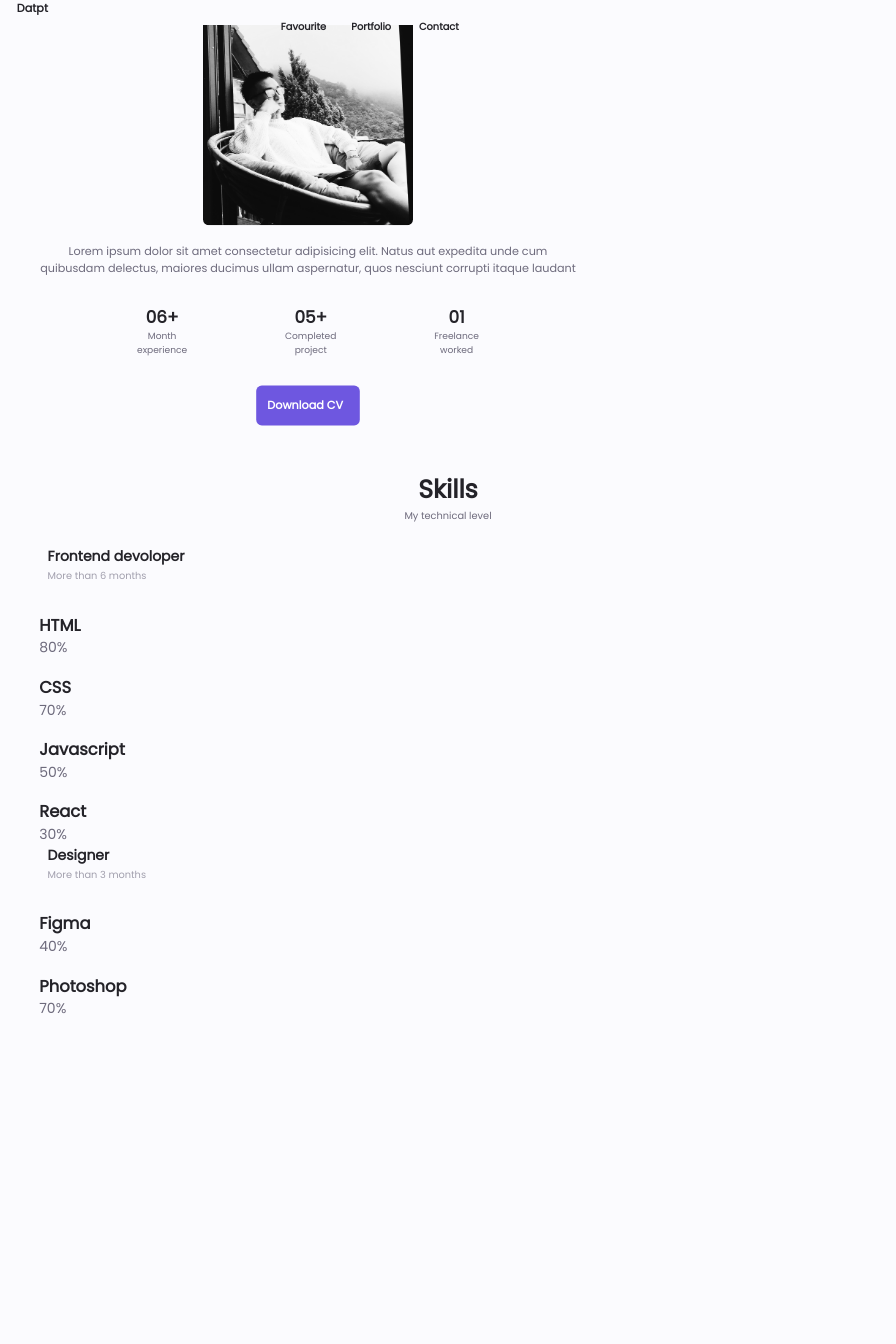
Repository: Datt21/portfolio
Page: index.html
An editor plug-in stored every save of this project. The page is shown before and after the next save, followed by the edit.
The browser window is 1280 px wide. The pictures show the part of the page from y = 684 to 2604 px (the page is 2604 px tall before and 2543 px after), at 70% of full size.
Some icons come from a web library that is not loaded, so they are not drawn.

Above is the page before, as saved 2021-07-10 17:14:19.

### index.html
<!DOCTYPE html>
<html lang="en">
<head>
    <meta charset="UTF-8">
    <meta http-equiv="X-UA-Compatible" content="IE=edge">
    <meta name="viewport" content="width=device-width, initial-scale=1.0">
    <!--============= ICONS ================  -->
    <link rel="stylesheet" href="https://unicons.iconscout.com/release/v4.0.0/css/line.css">

    <!-- ============= SWIPER CSS =============== -->
    <link rel="stylesheet" href="">

    <!-- =============== CSS ========================= -->
    <link rel="stylesheet" href="./Css/style.css">

    <title>Portfolio</title>
</head>
<body>
    <!--============================ HEADER ============================ -->
    <header class="header" id="header">
        <nav class="nav container">
            <a href="#" class="nav__logo">Datpt</a>

            <div class="nav__menu" id="nav-menu">
                <ul class="nav__list grid">
                    <li class="nav__item">
                        <a href="#home" class="nav__link">
                            <i class="uil uil-estate nav__icon"></i>Home
                        </a>
                    </li>
                    <li class="nav__item">
                        <a href="#about" class="nav__link">
                            <i class="uil uil-user nav__icon"></i>About
                        </a>
                    </li>
                    <li class="nav__item">
                        <a href="#skills" class="nav__link">
                            <i class="uil uil-file-alt nav__icon"></i>Skills
                        </a>
                    </li>
                    <li class="nav__item">
                        <a href="#fovourite" class="nav__link">
                            <i class="uil uil-books nav__icon"></i>Favourite
                        </a>
                    </li>
                    <li class="nav__item">
                        <a href="#portfolio" class="nav__link">
                            <i class="uil uil-scenery nav__icon"></i>Portfolio
                        </a>
                    </li>
                    <li class="nav__item">
                        <a href="#contact" class="nav__link">
                            <i class="uil uil-message nav__icon"></i>Contact
                        </a>
                    </li>
                </ul>
                <i class="uil uil-times nav__close" id="nav-close"></i>
            </div>

            <div class="nav__btns">
                <div class="nav__toggle" id="nav-toggle">
                    <i class="uil uil-apps"></i>
                </div>
            </div>
        </nav>
    </header>

     <!--==================== MAIN ====================-->
     <main class="main">
        <!--==================== HOME ====================-->
        <section class="home section" id="home">
            <div class="home__container container grid">
                <div class="home__content grid">
                    <div class="home__social">
                        <a href="https://www.facebook.com/profile.php?id=100043830603950" target="_blank" class="home__social-icon">
                            <i class="uil uil-facebook"></i>
                        </a>
                        <a href="https://t.me/datpt21" target="_blank" class="home__social-icon">
                            <i class="uil uil-telegram-alt"></i>
                        </a>
                        <a href="https://github.com/Datt21" target="_blank" class="home__social-icon">
                            <i class="uil uil-github-alt"></i>
                        </a>
                    </div>

                    <div class="home__img">
                        <svg class="home__blob" viewBox="0 0 200 187" xmlns="http://www.w3.org/2000/svg" xmlns:xlink="http://www.w3.org/1999/xlink">
                            <mask id="mask0" mask-type="alpha">
                                <path d="M190.312 36.4879C206.582 62.1187 201.309 102.826 182.328 134.186C163.346 165.547
                                130.807 187.559 100.226 186.353C69.6454 185.297 41.0228 161.023 21.7403 129.362C2.45775
                                97.8511 -7.48481 59.1033 6.67581 34.5279C20.9871 10.1032 59.7028 -0.149132 97.9666
                                0.00163737C136.23 0.303176 174.193 10.857 190.312 36.4879Z"/>
                            </mask>
                            <g mask="url(#mask0)">
                                <path d="M190.312 36.4879C206.582 62.1187 201.309 102.826 182.328 134.186C163.346
                                165.547 130.807 187.559 100.226 186.353C69.6454 185.297 41.0228 161.023 21.7403
                                129.362C2.45775 97.8511 -7.48481 59.1033 6.67581 34.5279C20.9871 10.1032 59.7028
                                -0.149132 97.9666 0.00163737C136.23 0.303176 174.193 10.857 190.312 36.4879Z"/>

                                <image class="home_blob-img" x='12' y='18 'xlink:href="./images/me.png"/>
                            </g>
                        </svg>

                    </div>

                    <div class="home__data">
                        <h1 class="home__title">Hi, I'am Dat</h1>
                        <h3 class="home_subtitle">Frontend developer</h3>
                        <p class="home_description">Lorem, ipsum dolor sit amet consectetur adipisicing elit.
                            Voluptates earum, ab place</p>
                        <a href="#contact" class="button button--flex">
                            Contact Me<i class="uil uil-message button__icon"></i>
                        </a>
                    </div>
                </div>

                <div class="home_scroll">
                    <a href="#about" class="home__scroll-button button--flex">
                        <i class="uil uil-mouse-alt-2 home__scroll-mouse"></i>
                        <span class="home__scroll-name">Scroll down</span>
                        <i class="uil uil-arrow-down home__scroll-arrow"></i>
                    </a>
                </div>
            </div>
        </section>

        <!--==================== ABOUT ====================-->
        <section class="about section" id="about">
            <h2 class="section__title">About me</h2>
            <span class="section__subtitle">My introduction</span>

            <div class="about__container container grid">
                <img src="./images/me2.jpg" alt="" class="about__img">

                <div class="about-data">
                    <p class="about-decription">Lorem ipsum dolor sit amet consectetur adipisicing elit.
                        Natus aut expedita unde cum quibusdam delectus, maiores ducimus ullam aspernatur, quos nesciunt corrupti itaque laudant</p>

                    <div class="about__info">
                        <div>
                            <span class="about__info-title">06+</span>
                            <span class="about__info-name">Month <br> experience</span>
                        </div>
                        <div>
                            <span class="about__info-title">05+</span>
                            <span class="about__info-name">Completed <br> project</span>
                        </div>
                        <div>
                            <span class="about__info-title">01</span>
                            <span class="about__info-name">Freelance <br> worked</span>
                        </div>
                    </div>

                    <div class="about__buttons">
                        <a download="" href="./pdf/LeTienDat_CV.pdf" class="button button--flex">
                            Download CV <i class="uil uil-download-alt button__icon"></i>
                        </a>
                    </div>
                </div>
            </div>


        </section>

        <!--==================== SKILLS ====================-->
        <section class="skills section" id="skills">
            <h2 class="section__title">Skills</h2>
            <span class="section__subtitle">My technical level</span>

            <div class="skills__container container grid">
                <div>
                    <!-- skill 1 -->
                    <div class="skills__content">
                        <div class="skills__header">
                            <i class="uil uil-brackets-curly skills__icon"></i>

                            <div>
                                <h1 class="skills__title">Frontend devoloper</h1>
                                <span class="skills__subtitle">More than 6 months</span>
                            </div>
                            <i class="uil uil-angle-down skills__arrow"></i>
                        </div>

                        <div class="skills__list grid">
                            <div class="skills__data">
                                <div class="skills__title">
                                    <h3 class="skills__name">HTML</h3>
                                    <span class="skills__number">80%</span>
                                </div>
                                <div class="skills__bar">
                                    <span class="skills__percentage skills__html"></span>
                                </div>
                            </div>

                            <div class="skills__data">
                                <div class="skills__title">
                                    <h3 class="skills__name">CSS</h3>
                                    <span class="skills__number">70%</span>
                                </div>
                                <div class="skills__bar">
                                    <span class="skills__percentage skills__css"></span>
                                </div>
                            </div>

                            <div class="skills__data">
                                <div class="skills__title">
                                    <h3 class="skills__name">Javascript</h3>
                                    <span class="skills__number">50%</span>
                                </div>
                                <div class="skills__bar">
                                    <span class="skills__percentage skills__js"></span>
                                </div>
                            </div>

                            <div class="skills__data">
                                <div class="skills__title">
                                    <h3 class="skills__name">React</h3>
                                    <span class="skills__number">30%</span>
                                </div>
                                <div class="skills__bar">
                                    <span class="skills__percentage skills__react"></span>
                                </div>
                            </div>
                        </div>
                    </div>

                    <!-- skill 2 -->
                    <div class="skills__content">
                        <div class="skills__header">
                            <i class="uil uil-swatchbook skills__icon"></i>

                            <div>
                                <h1 class="skills__title">Designer</h1>
                                <span class="skills__subtitle">More than 3 months</span>
                            </div>
                            <i class="uil uil-angle-down skills__arrow"></i>
                        </div>

                        <div class="skills__list grid">
                            <div class="skills__data">
                                <div class="skills__title">
                                    <h3 class="skills__name">Figma</h3>
                                    <span class="skills__number">40%</span>
                                </div>
                                <div class="skills__bar">
                                    <span class="skills__percentage skills__html"></span>
                                </div>
                            </div>

                            <div class="skills__data">
                                <div class="skills__title">
                                    <h3 class="skills__name">Photoshop</h3>
                                    <span class="skills__number">70%</span>
                                </div>
                                <div class="skills__bar">
                                    <span class="skills__percentage skills__css"></span>
                                </div>
                            </div>

                        </div>
                    </div>
                </div>
            </div>


        </section>

        <!--==================== QUALIFICATION ====================-->
        <section class="qualification section">


        </section>

        <!--==================== SERVICES ====================-->
        <section class="services section" id="services">


        </section>

        <!--==================== PORTFOLIO ====================-->
        <section class="portfolio section" id="portfolio">


        </section>

        <!--==================== PROJECT IN MIND ====================-->
        <section class="project section">


        </section>

        <!--==================== TESTIMONIAL ====================-->
        <section class="testimonial section">


        </section>

        <!--==================== CONTACT ME ====================-->
        <section class="contact section" id="contact">


        </section>
    </main>

    <!--==================== FOOTER ====================-->
    <footer class="footer">


    </footer>

    <!--==================== SCROLL TOP ====================-->


    <!--==================== SWIPER JS ====================-->
    <script src=""></script>

    <!-- =================== JS ======================= -->
    <script src="./JS/main.js"></script>
</body>
</html>

Loaded but not shown: JS/main.js (56 lines, source omitted); Css/style.css (451 lines, source omitted)

After the next save:
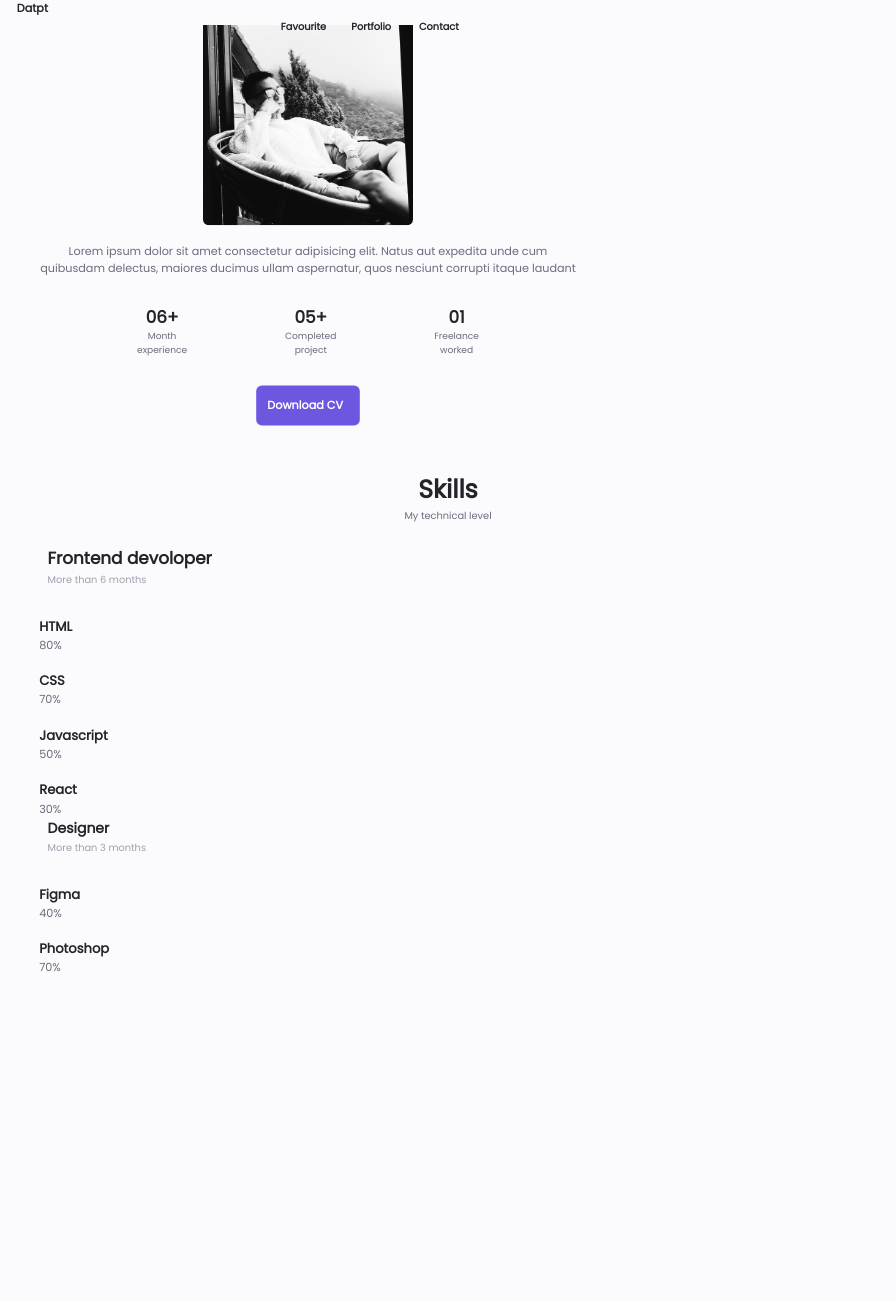
Saved 3 min 21 s later.
--- a/index.html
+++ b/index.html
@@ -175,7 +175,7 @@
                             <i class="uil uil-brackets-curly skills__icon"></i>
 
                             <div>
-                                <h1 class="skills__title">Frontend devoloper</h1>
+                                <h1 class="skills__titles">Frontend devoloper</h1>
                                 <span class="skills__subtitle">More than 6 months</span>
                             </div>
                             <i class="uil uil-angle-down skills__arrow"></i>
@@ -183,7 +183,7 @@
 
                         <div class="skills__list grid">
                             <div class="skills__data">
-                                <div class="skills__title">
+                                <div class="skills__titles">
                                     <h3 class="skills__name">HTML</h3>
                                     <span class="skills__number">80%</span>
                                 </div>
@@ -193,7 +193,7 @@
                             </div>
 
                             <div class="skills__data">
-                                <div class="skills__title">
+                                <div class="skills__titles">
                                     <h3 class="skills__name">CSS</h3>
                                     <span class="skills__number">70%</span>
                                 </div>
@@ -203,7 +203,7 @@
                             </div>
 
                             <div class="skills__data">
-                                <div class="skills__title">
+                                <div class="skills__titles">
                                     <h3 class="skills__name">Javascript</h3>
                                     <span class="skills__number">50%</span>
                                 </div>
@@ -213,7 +213,7 @@
                             </div>
 
                             <div class="skills__data">
-                                <div class="skills__title">
+                                <div class="skills__titles">
                                     <h3 class="skills__name">React</h3>
                                     <span class="skills__number">30%</span>
                                 </div>
@@ -238,7 +238,7 @@
 
                         <div class="skills__list grid">
                             <div class="skills__data">
-                                <div class="skills__title">
+                                <div class="skills__titles">
                                     <h3 class="skills__name">Figma</h3>
                                     <span class="skills__number">40%</span>
                                 </div>
@@ -248,7 +248,7 @@
                             </div>
 
                             <div class="skills__data">
-                                <div class="skills__title">
+                                <div class="skills__titles">
                                     <h3 class="skills__name">Photoshop</h3>
                                     <span class="skills__number">70%</span>
                                 </div>
